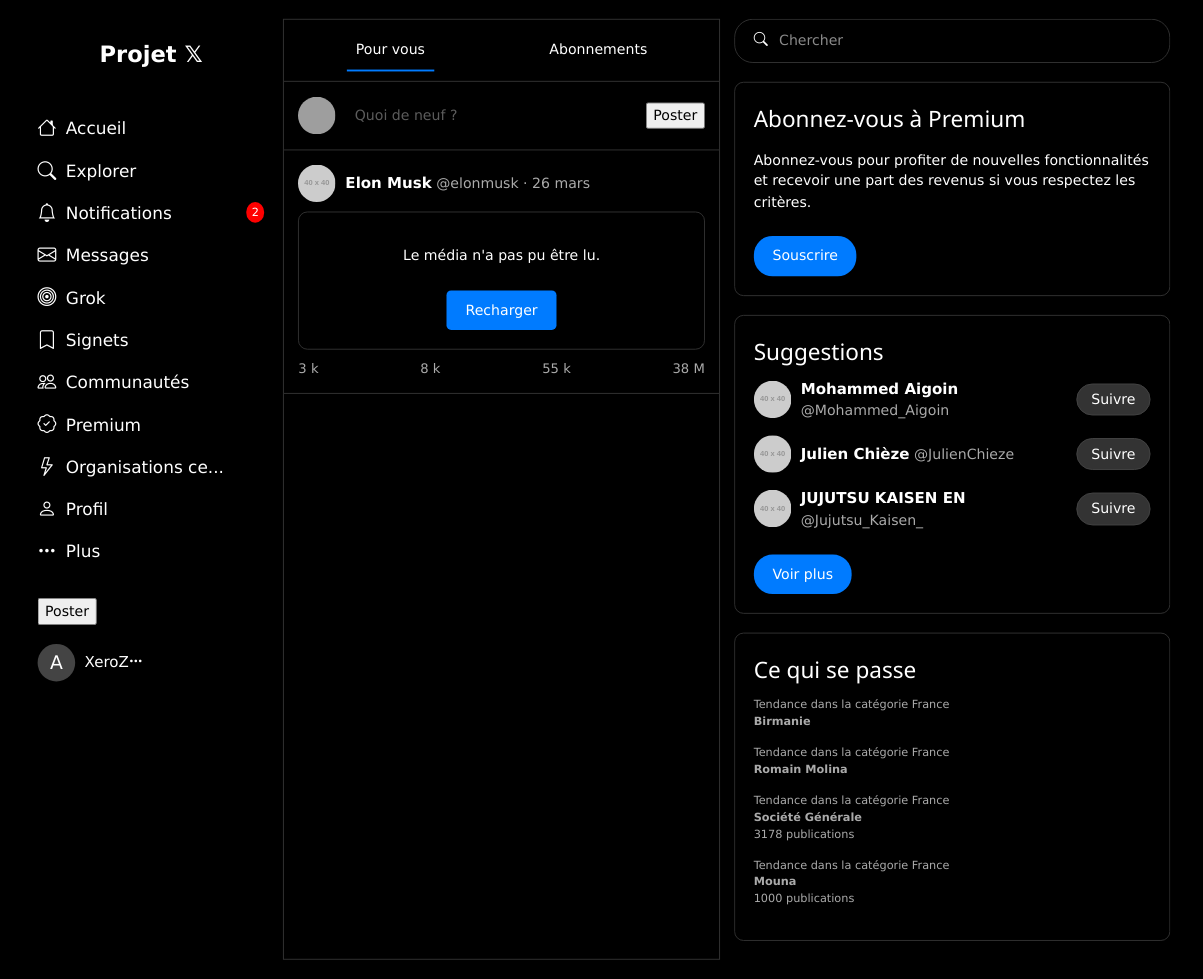
Repository: barriefl/ProjetX_BARRIER_MAULINE_MARQUES-FELIX_SERVONNET
Page: front/index.html
The author's editor kept a copy of each file at every save. The page is drawn from the files as they stood at one save, then again after a run of saves.
The browser window is 1280 px wide. The pictures show the whole page, at 94% of full size.
Pictures or frames that could not be fetched are drawn as grey boxes.

Above is the page before, as saved 2025-03-28 09:36:16.

### front/index.html
<!DOCTYPE html>
<html lang="fr">
  <head>
    <meta charset="UTF-8" />
    <meta name="viewport" content="width=device-width, initial-scale=1.0" />
    <title>ProjetX</title>
    <link rel="stylesheet" href="style.css" />
    <link rel="stylesheet" href="https://www.w3schools.com/w3css/5/w3.css" />
    <link
      rel="stylesheet"
      href="https://cdn.jsdelivr.net/npm/bootstrap-icons@1.5.0/font/bootstrap-icons.css"
    />
  </head>
  <body>
    <div class="sidebar">
      <div class="logo">
        <a href="">Projet &Xopf;</a>
      </div>
      <ul class="menu">
        <li>
          <a href=""
            ><span class="icon"><i class="bi bi-house"></i></span> Accueil</a
          >
        </li>
        <li>
          <a href=""
            ><span class="icon"><i class="bi bi-search"></i></span>Explorer</a
          >
        </li>
        <li>
          <a href="#"
            ><span class="icon"><i class="bi bi-bell"></i></span> Notifications
            <span class="notification-badge">2</span></a
          >
        </li>
        <li>
          <a href="#"
            ><span class="icon"><i class="bi bi-envelope"></i></span>
            Messages</a
          >
        </li>
        <li>
          <a href="#"
            ><span class="icon"><i class="bi bi-bullseye"></i></span> Grok</a
          >
        </li>
        <li>
          <a href="#"
            ><span class="icon"><i class="bi bi-bookmark"></i></span> Signets</a
          >
        </li>
        <li>
          <a href="#"
            ><span class="icon"><i class="bi bi-people"></i></span>
            Communautés</a
          >
        </li>
        <li>
          <a href="#"
            ><span class="icon"><i class="bi bi-patch-check"></i></span>
            Premium</a
          >
        </li>
        <li>
          <a href="#"
            ><span class="icon"><i class="bi bi-lightning"></i></span>
            Organisations ce...</a
          >
        </li>
        <li>
          <a href="#"
            ><span class="icon"><i class="bi bi-person"></i></span> Profil</a
          >
        </li>
        <li>
          <a href="#"
            ><span class="icon"><i class="bi bi-three-dots"></i></span> Plus</a
          >
        </li>
      </ul>
      <div class="post-button">
        <button>Poster</button>
      </div>
      <div class="user-info">
        <span class="avatar">A</span>
        <span class="username">XeroZ</span>
        <span class="more-info"><i class="bi bi-three-dots"></i></span>
      </div>
    </div>
    <div class="container container-border">
      <!-- Tabs -->
      <div class="tab-menu">
        <a href="#" class="active">Pour vous</a>
        <a href="#">Abonnements</a>
      </div>

      <!-- Header -->
      <div class="header">
        <img src="empty.png" alt="empty.png" />
        <input type="text" placeholder="Quoi de neuf ?" />
        <button>Poster</button>
      </div>

      <!-- Post -->
      <div class="post">
        <div class="user-info">
          <img src="https://via.placeholder.com/40" alt="User Avatar" />
          <div>
            <span class="username">Elon Musk</span>
            <span style="color: #aaa">@elonmusk · 26 mars</span>
          </div>
        </div>
        <div class="content">
          <p>Le média n'a pas pu être lu.</p>
          <button>Recharger</button>
        </div>
        <div class="actions">
          <span>3 k</span>
          <span>8 k</span>
          <span>55 k</span>
          <span>38 M</span>
        </div>
      </div>
    </div>
    <div class="container">
      <!-- Barre de recherche -->
      <div class="search-bar">
        <i class="bi bi-search"></i>
        <input type="text" placeholder="Chercher" />
      </div>

      <!-- Section Premium -->
      <div class="card">
        <h3>Abonnez-vous à Premium</h3>
        <p>
          Abonnez-vous pour profiter de nouvelles fonctionnalités et recevoir
          une part des revenus si vous respectez les critères.
        </p>
        <a href="#" class="button">Souscrire</a>
      </div>

      <!-- Suggestions -->
      <div class="card">
        <h3>Suggestions</h3>
        <div class="suggestion">
          <img src="https://via.placeholder.com/40" alt="Avatar" />
          <div class="info">
            <span class="username">Mohammed Aigoin</span>
            <span class="handle">@Mohammed_Aigoin</span>
          </div>
          <button>Suivre</button>
        </div>
        <div class="suggestion">
          <img src="https://via.placeholder.com/40" alt="Avatar" />
          <div class="info">
            <span class="username">Julien Chièze</span>
            <span class="handle">@JulienChieze</span>
          </div>
          <button>Suivre</button>
        </div>
        <div class="suggestion">
          <img src="https://via.placeholder.com/40" alt="Avatar" />
          <div class="info">
            <span class="username">JUJUTSU KAISEN EN</span>
            <span class="handle">@Jujutsu_Kaisen_</span>
          </div>
          <button>Suivre</button>
        </div>
        <a
          href="#"
          class="button"
          style="margin-top: 10px; display: inline-block"
          >Voir plus</a
        >
      </div>

      <!-- Tendances -->
      <div class="card">
        <h3>Ce qui se passe</h3>
        <ul class="trends">
          <li>
            <span>Tendance dans la catégorie France</span>
            <span class="title">Birmanie</span>
          </li>
          <li>
            <span>Tendance dans la catégorie France</span>
            <span class="title">Romain Molina</span>
          </li>
          <li>
            <span>Tendance dans la catégorie France</span>
            <span class="title">Société Générale</span>
            <span>3178 publications</span>
          </li>
          <li>
            <span>Tendance dans la catégorie France</span>
            <span class="title">Mouna</span>
            <span>1000 publications</span>
          </li>
        </ul>
      </div>
    </div>
  </body>
</html>

### front/style.css
body {
    margin: 0;
    font-family: Arial, sans-serif;
    background-color: #000;
    color: white;
    padding: 0;
    display: flex;
    justify-content: center;
    padding: 20px;
}

.sidebar {
    width: 300px;
    height: 100vh;
    display: flex;
    flex-direction: column;
    padding: 20px;
}

.logo {
    text-align: center;
    font-size: 24px;
    font-weight: bold;
    margin-bottom: 30px;
}

.logo a {
    text-decoration: none;
    color: white;
}

.menu {
    list-style: none;
    padding: 0;
    margin: 0;
    flex-grow: 1;
}

.menu li {
    margin: 15px 0;
}

.menu a {
    text-decoration: none;
    color: white;
    display: flex;
    align-items: center;
    font-size: 18px;
}

.menu .icon {
    margin-right: 10px;
    font-size: 20px;
}

.notification-badge {
    background-color: red;
    color: white;
    font-size: 12px;
    border-radius: 50%;
    padding: 2px 6px;
    margin-left: auto;
}

.post-button {
    margin: 20px 0;
}

.button-blue {
    width: 100%;
    padding: 10px;
    font-size: 16px;
    background-color: #1da1f2;
    color: white;
    border: none;
    border-radius: 5px;
    cursor: pointer;
}

.button-blue:hover {
    background-color: #0d8ce0;
}

.user-info {
    display: flex;
    align-items: center;
    margin-top: auto;
}

.avatar {
    background-color: #444;
    width: 40px;
    height: 40px;
    display: flex;
    align-items: center;
    justify-content: center;
    border-radius: 50%;
    font-size: 20px;
    margin-right: 10px;
}

.username {
    font-size: 16px;
}

.container {
    width: 500px;
    overflow: hidden;
    margin-right: 15px;
}

.container-border {
    border: 1px solid #333;
}

.header {
    display: flex;
    align-items: center;
    padding: 15px;
    border-bottom: 1px solid #333;
}

.header img {
    width: 40px;
    height: 40px;
    border-radius: 50%;
    margin-right: 10px;
}

.header input {
    flex: 1;
    background: transparent;
    border: none;
    outline: none;
    padding: 10px;
    color: #fff;
}

.header input::placeholder {
    color: #aaa;
}

.post {
    padding: 15px;
    border-bottom: 1px solid #333;
}

.post .user-info {
    display: flex;
    align-items: center;
    margin-bottom: 10px;
}

.post .user-info img {
    width: 40px;
    height: 40px;
    border-radius: 50%;
    margin-right: 10px;
}

.post .user-info .username {
    font-weight: bold;
}

.post .content {
    border: solid 1px #333;
    border-radius: 10px;
    padding: 20px;
    text-align: center;
}

.post .content button {
    background-color: #007bff;
    color: #fff;
    border: none;
    border-radius: 5px;
    padding: 10px 20px;
    margin-top: 10px;
    cursor: pointer;
}

.post .actions {
    display: flex;
    justify-content: space-between;
    margin-top: 10px;
    font-size: 14px;
    color: #aaa;
}

.tab-menu {
    display: flex;
    justify-content: space-around;
    padding: 10px;
    border-bottom: 1px solid #333;
}

.tab-menu a {
    color: #fff;
    text-decoration: none;
    padding: 10px;
}

.tab-menu a.active {
    border-bottom: 2px solid #007bff;
}

 .search-bar {
     display: flex;
     padding: 10px 20px;
     margin-bottom: 20px;
     border-radius: 20px;
     border: 1px solid #333;
 }

 .search-bar input {
     flex: 1;
     background: transparent;
     border: none;
     outline: none;
     color: #ffffff;
 }

 .search-bar i {
     margin-right: 10px;
 }

 .card {
    border: 1px solid #333;
     border-radius: 10px;
     padding: 20px;
     margin-bottom: 20px;
 }

 .card h3 {
     margin-top: 0;
 }

 .card .button {
     display: inline-block;
     background-color: #007bff;
     color: #ffffff;
     text-decoration: none;
     padding: 10px 20px;
     border-radius: 20px;
     margin-top: 10px;
     text-align: center;
 }

 .suggestion {
     display: flex;
     align-items: center;
     margin-bottom: 15px;
 }

 .suggestion img {
     width: 40px;
     height: 40px;
     border-radius: 50%;
     margin-right: 10px;
 }

 .suggestion .info {
     flex: 1;
 }

 .suggestion .info .username {
     font-weight: bold;
 }

 .suggestion .info .handle {
     color: #aaa;
 }

 .suggestion button {
     background-color: #333;
     border: 1px solid #444;
     color: #fff;
     border-radius: 20px;
     padding: 5px 15px;
     cursor: pointer;
 }

 .trends {
     list-style: none;
     padding: 0;
     margin: 0;
 }

 .trends li {
     margin-bottom: 15px;
 }

 .trends li span {
     display: block;
     color: #aaa;
     font-size: 12px;
 }

 .trends li .title {
     font-weight: bold;
 }

After the next 2 saves:
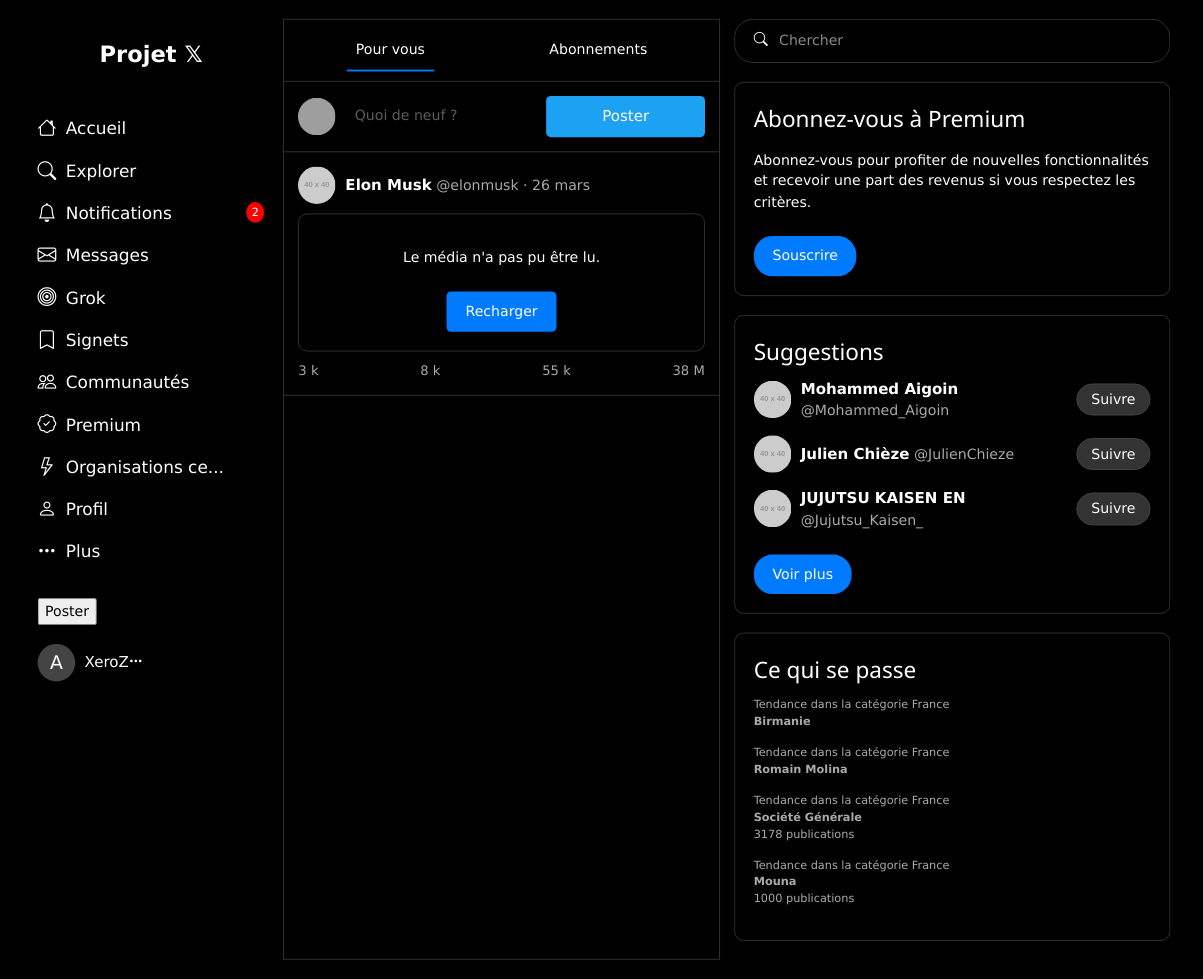
The 2 saves are shown as one change because they came seconds apart.
The last was saved 7 s later.
--- a/front/index.html
+++ b/front/index.html
@@ -98,7 +98,7 @@
       <div class="header">
         <img src="empty.png" alt="empty.png" />
         <input type="text" placeholder="Quoi de neuf ?" />
-        <button>Poster</button>
+        <button class="button-blue">Poster</button>
       </div>
 
       <!-- Post -->
